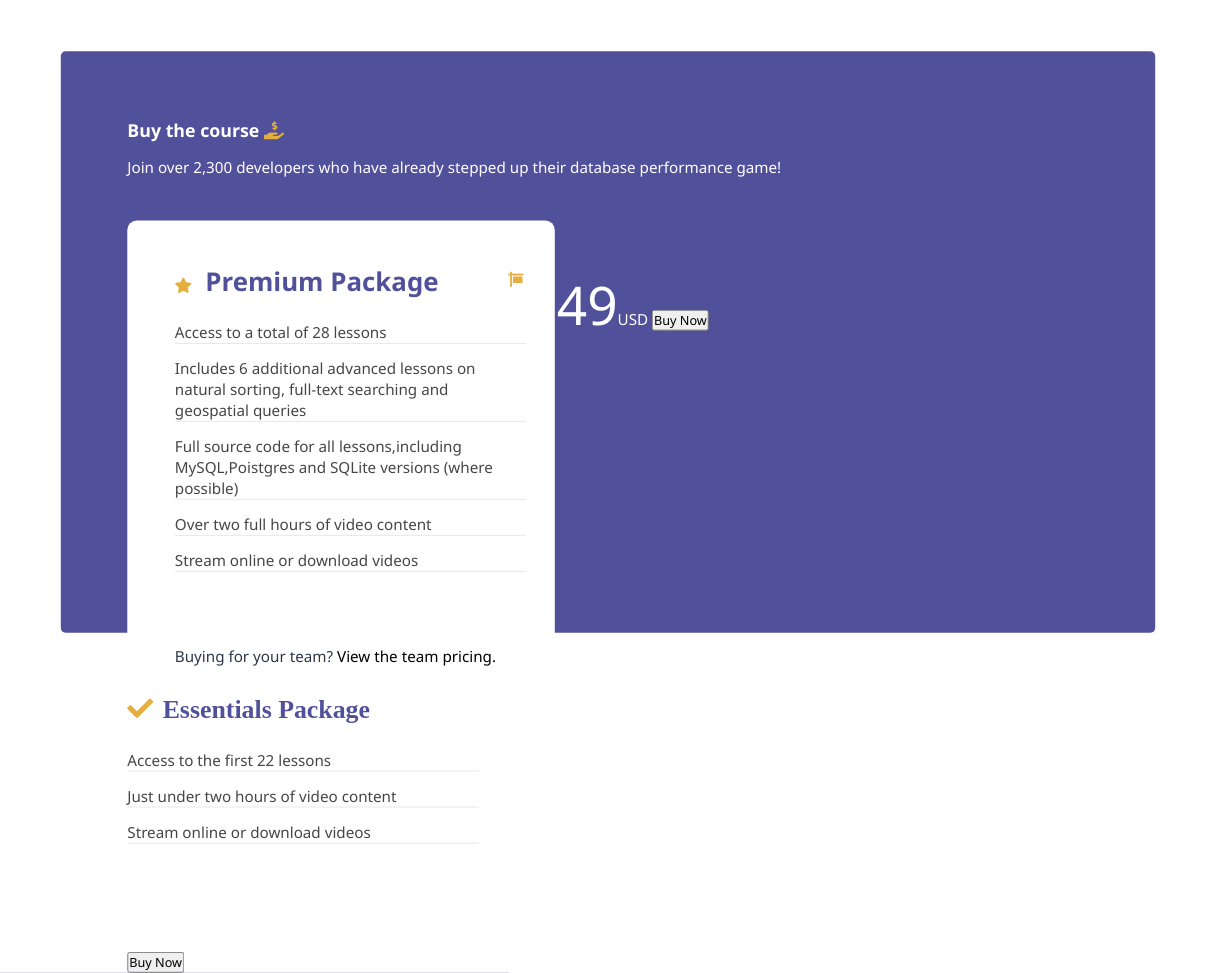
Repository: Z-ayat/Challenges
Page: Challenge 4/index.html
An editor plug-in stored every save of this project. The page is shown before and after the next save, followed by the edit.
The browser window is 1280 px wide. The pictures show the whole page, at 95% of full size.
Some web libraries are served in a nearby version.

Above is the page before, as saved 2021-09-07 02:02:10.

After the next save:
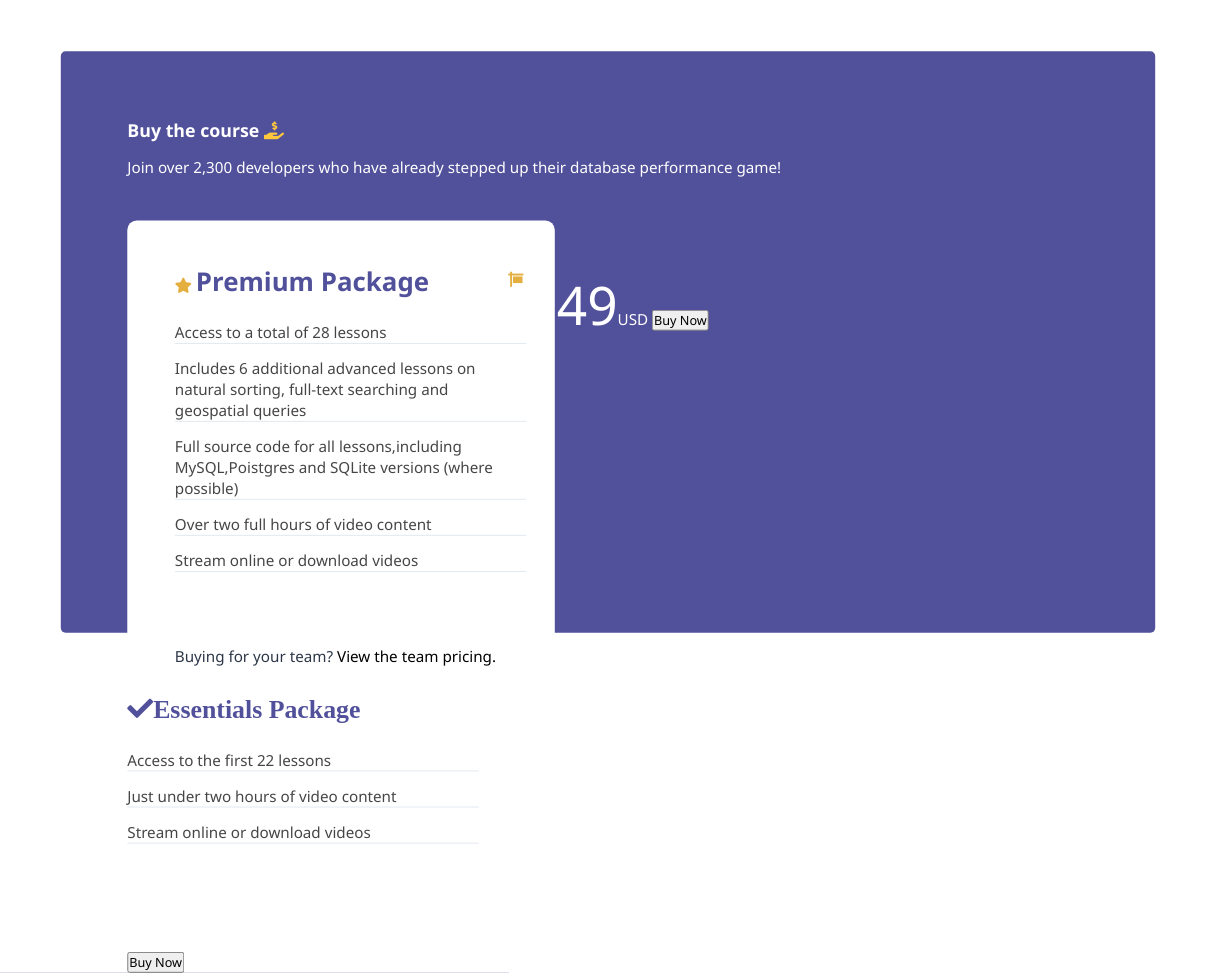
Saved 30 s later.
--- a/Challenge 4/styling/css/master.css
+++ b/Challenge 4/styling/css/master.css
@@ -5,7 +5,8 @@
     font-family: 'Segoe UI', Tahoma, Geneva, Verdana, sans-serif;
 }
 
-*::before {
+
+/* *::before {
     display: inline-block;
     color: #E5AF40;
     margin-right: 10px;
@@ -14,7 +15,7 @@
 *::after {
     display: inline-block;
     color: #E5AF40;
-}
+} */
 
 a,
 a:focus {

After the save that followed:
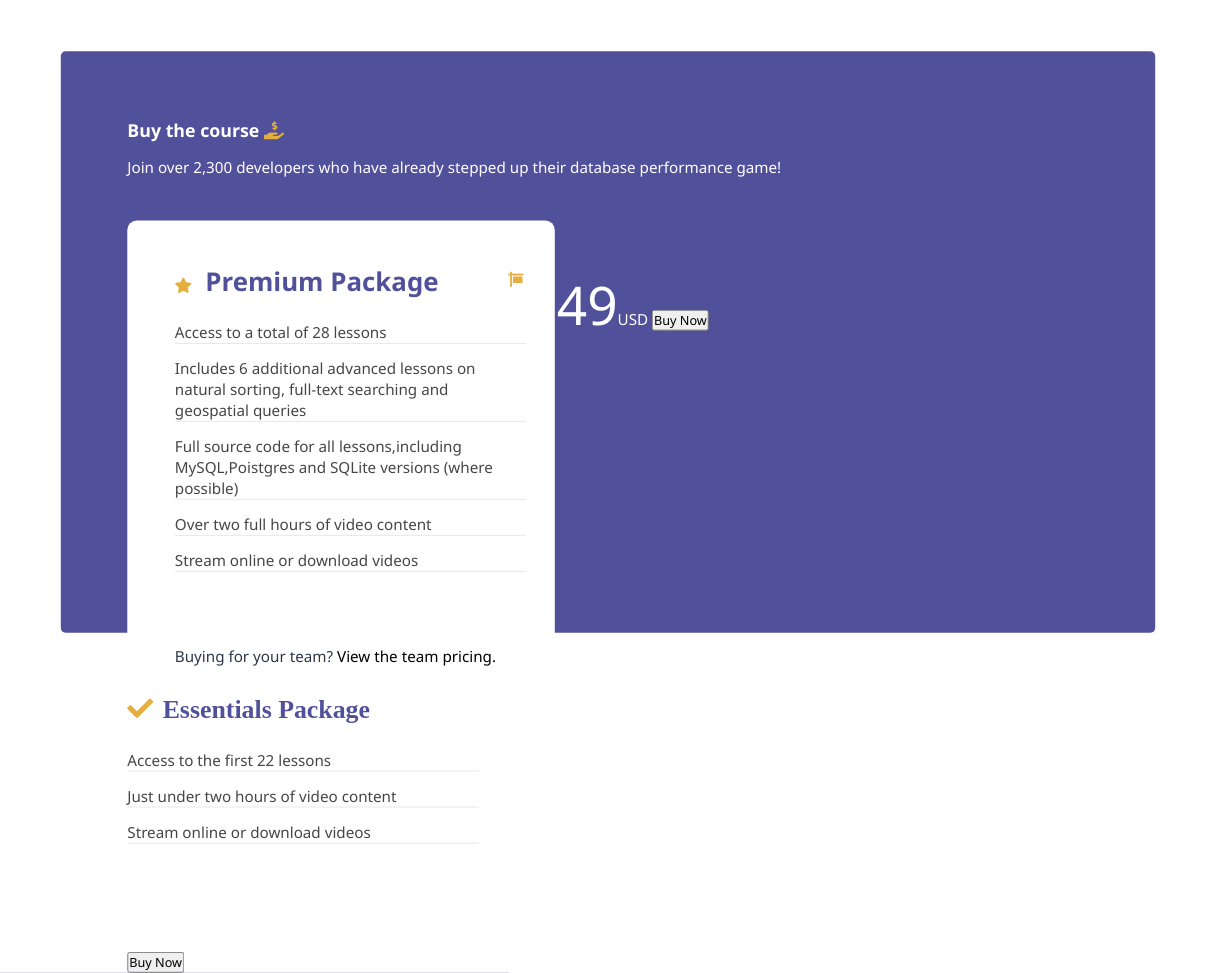
Saved 7 s later.
--- a/Challenge 4/styling/css/master.css
+++ b/Challenge 4/styling/css/master.css
@@ -5,8 +5,7 @@
     font-family: 'Segoe UI', Tahoma, Geneva, Verdana, sans-serif;
 }
 
-
-/* *::before {
+*::before {
     display: inline-block;
     color: #E5AF40;
     margin-right: 10px;
@@ -15,7 +14,7 @@
 *::after {
     display: inline-block;
     color: #E5AF40;
-} */
+}
 
 a,
 a:focus {
